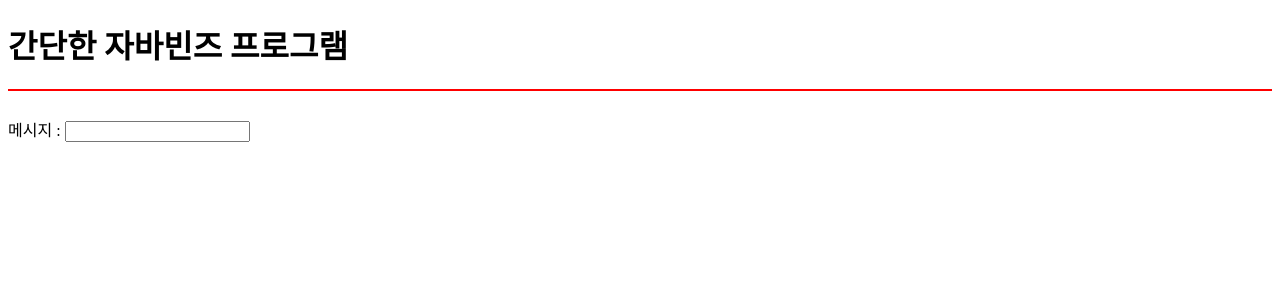
Repository: kr1124/jsp
Page: http://localhost/ServletProject/sample/simpleForm.jsp
The author's editor kept a copy of each file at every save. The page is drawn from the files as they stood at one save, then again after the next save.
The browser window is 1280 px wide. The pictures show the whole page.
The page is served by Tomcat 9. Other server files are loaded and not shown.

Above is the page before, as saved 2024-12-05 02:42:04.

### ServletProject/src/main/webapp/sample/simpleForm.jsp
<%@ page language="java" contentType="text/html; charset=UTF-8"
    pageEncoding="UTF-8"%>
<!DOCTYPE html>
<html>
	<head>
		<meta charset="UTF-8">
		<title></title>
	</head>
	<body>
		<h1>간단한 자바빈즈 프로그램</h1>
		<hr color="red" ><br>
		<form action="simpleBean.jsp" method="post" >
			메시지 : <input type="text" name="message" >
		</form>
	</body>
</html>

After the next save:
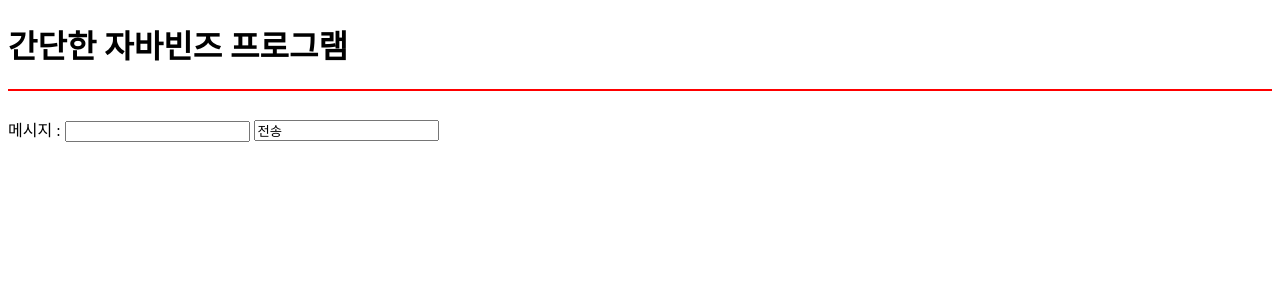
Saved 23 s later.
--- a/ServletProject/src/main/webapp/sample/simpleForm.jsp
+++ b/ServletProject/src/main/webapp/sample/simpleForm.jsp
@@ -11,6 +11,7 @@
 		<hr color="red" ><br>
 		<form action="simpleBean.jsp" method="post" >
 			메시지 : <input type="text" name="message" >
+			<input type="submin" value="전송">
 		</form>
 	</body>
 </html>
